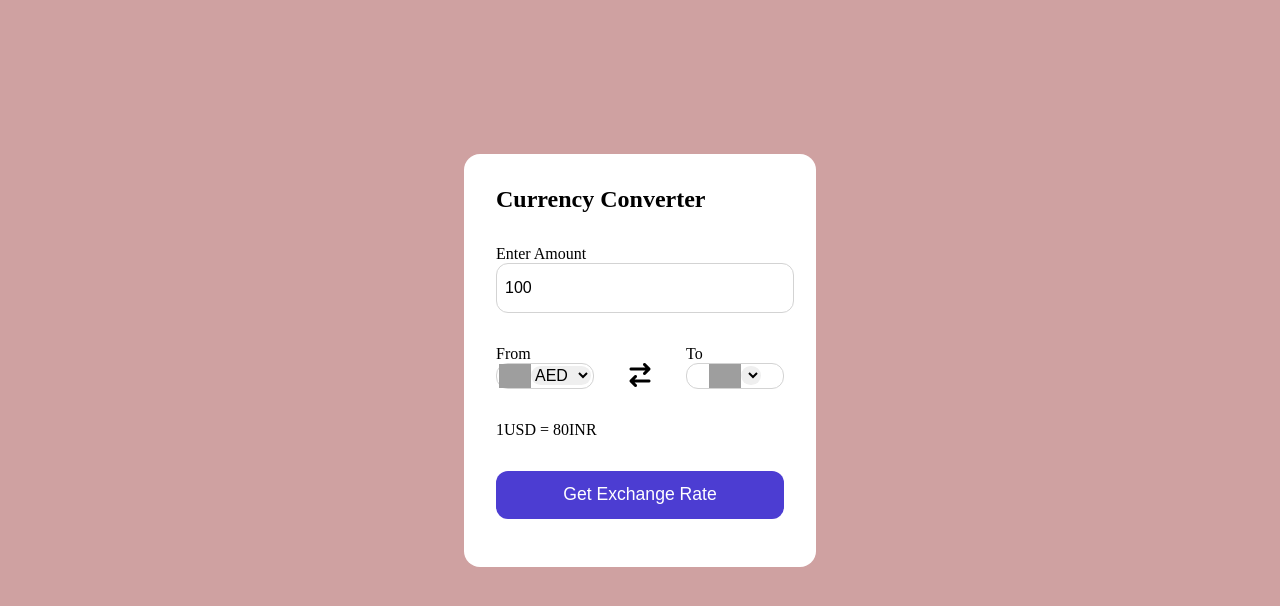
Repository: Chiranshukapil/Currency-Converter
Page: index.html
These files come from the project's save history. The page is drawn as it stood at one moment and after the next save; the edit follows.
The browser window is 1280 px wide. The pictures show the whole page.
Pictures or frames that could not be fetched are drawn as grey boxes.

Above is the page before, as saved 2024-07-01 06:44:45.
Console error: ReferenceError: ne is not defined

After the next save:
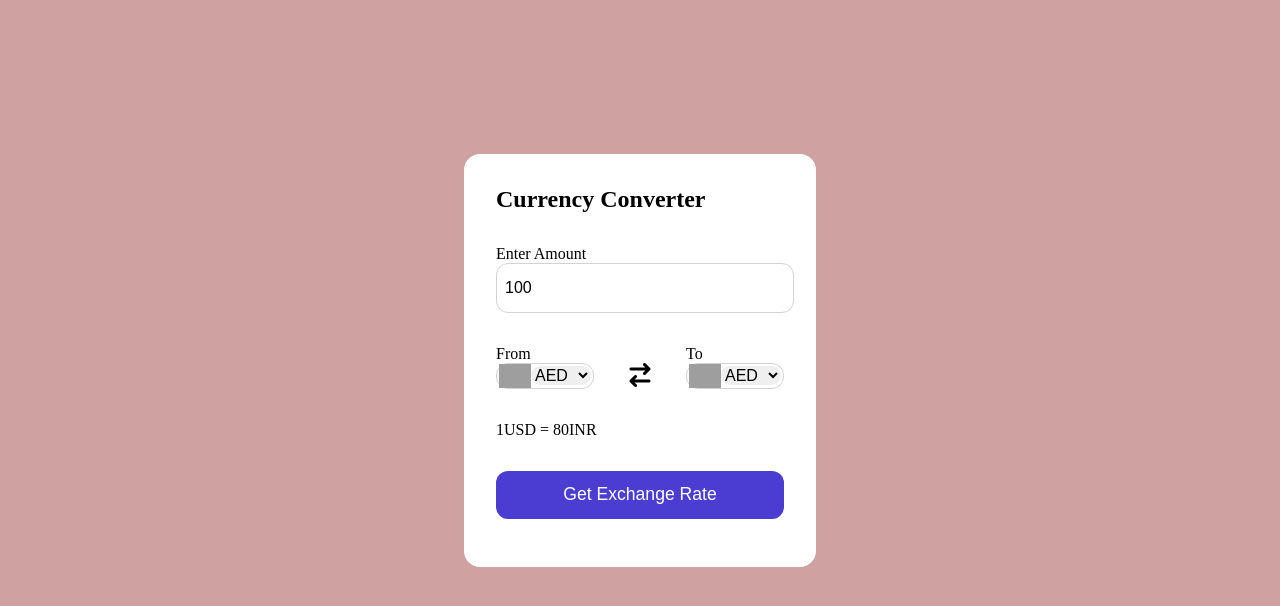
The error is gone.
Saved 5 s later.
--- a/script.js
+++ b/script.js
@@ -11,7 +11,7 @@ for(let select of dropdowns){
         newoption.value = currcode;
         select.append(newoption);
         if(select.name === "from" && currcode === "USD"){
-            ne
+            newoption.selected
         }
     }
 
